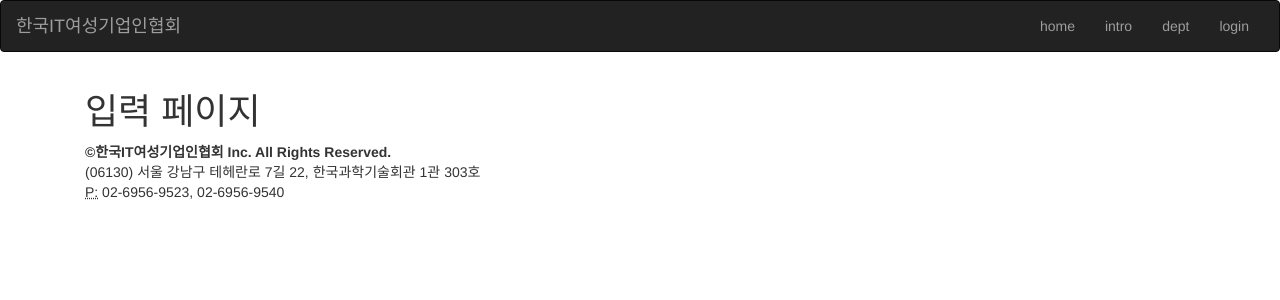
Repository: minho00123/sw-professional-training
Page: http://localhost/sts05/WEB-INF/views/dept/one.jsp
An editor plug-in stored every save of this project. The page is shown before and after the next save, followed by the edit.
The browser window is 1280 px wide. The pictures show the whole page.
The page is served by Tomcat 9. Nobody is signed in. The template is opened directly, without the code that normally fills it, so the values that code supplies are empty.

Above is the page before, as saved 2025-05-19 05:21:38.

After the next save:
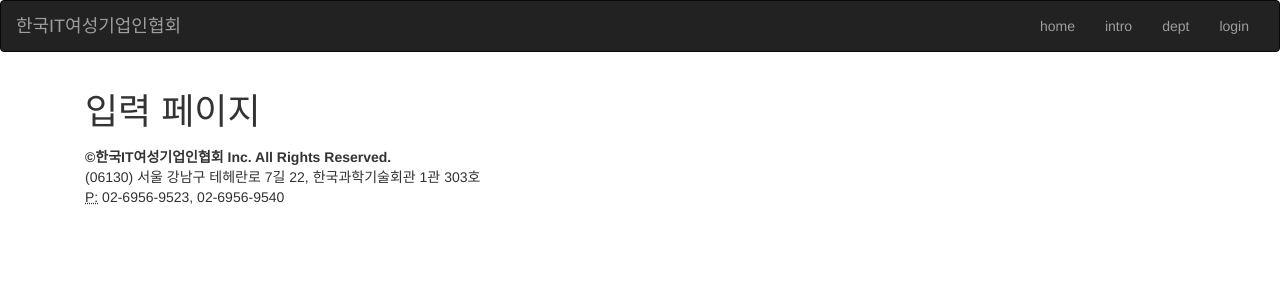
Saved 13 s later.
--- a/stsWorkspace/sts05/src/main/webapp/WEB-INF/views/dept/one.jsp
+++ b/stsWorkspace/sts05/src/main/webapp/WEB-INF/views/dept/one.jsp
@@ -10,7 +10,9 @@
 <body>
 	<%@ include file="../layout/menu.jspf"%>
 	<h1>입력 페이지</h1>
-	<form class="form" action="add" method="post"></form>
+	<form class="form" action="add" method="post">
+		<div class="form-group"></div>
+	</form>
 	<%@ include file="../layout/footer.jspf"%>
 </body>
 </html>
